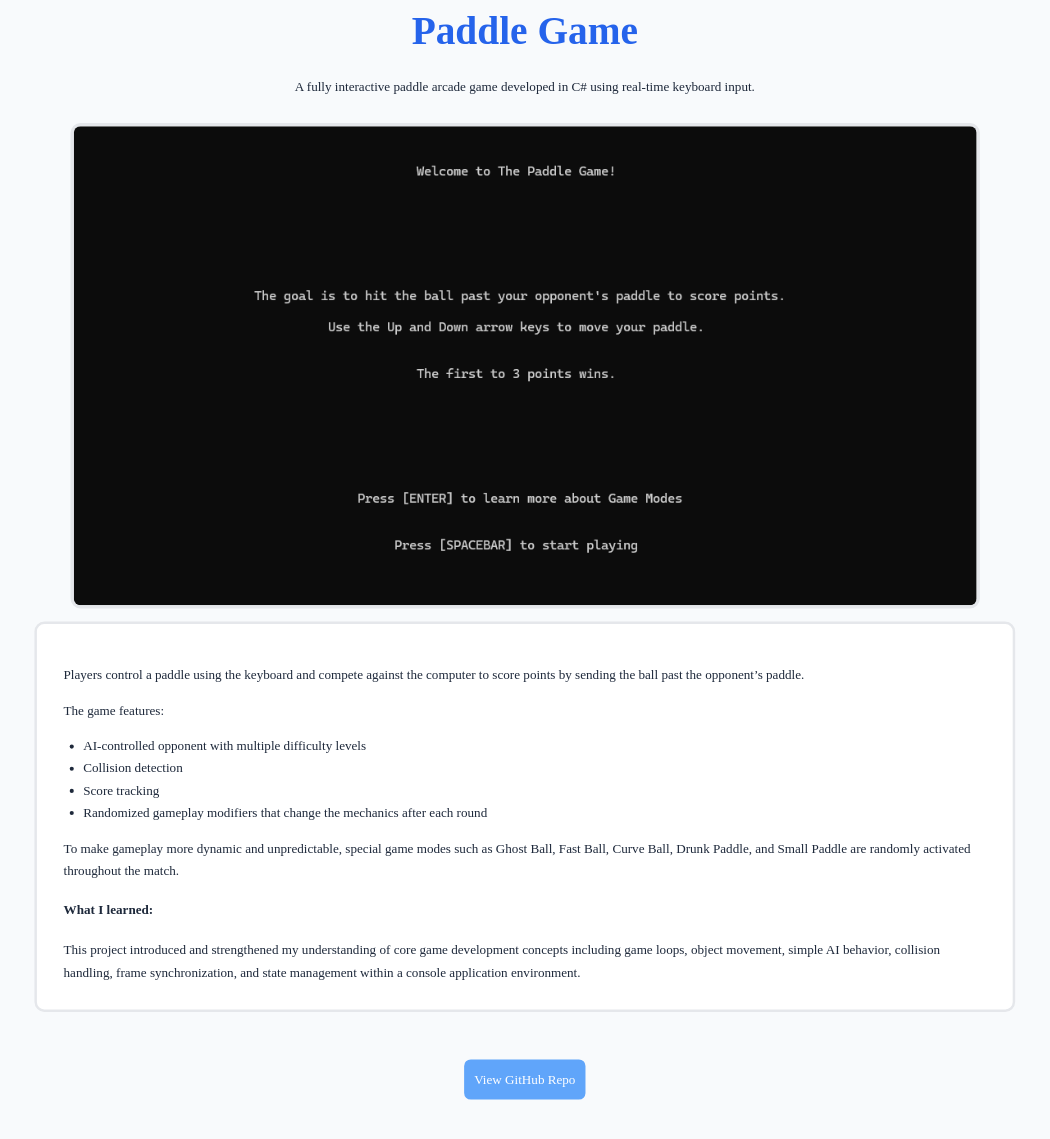
Repository: alison-cunningham/alison-cunningham
Page: pages/paddle-game.html
These files come from the project's save history. The page is drawn as it stood at one moment and after the next save; the edit follows.
The browser window is 1280 px wide. The pictures show the whole page, at 82% of full size.
Some web fonts or font styles are not loaded; a fallback is used.

Above is the page before, as saved 2026-05-12 19:43:59.

After the next save:
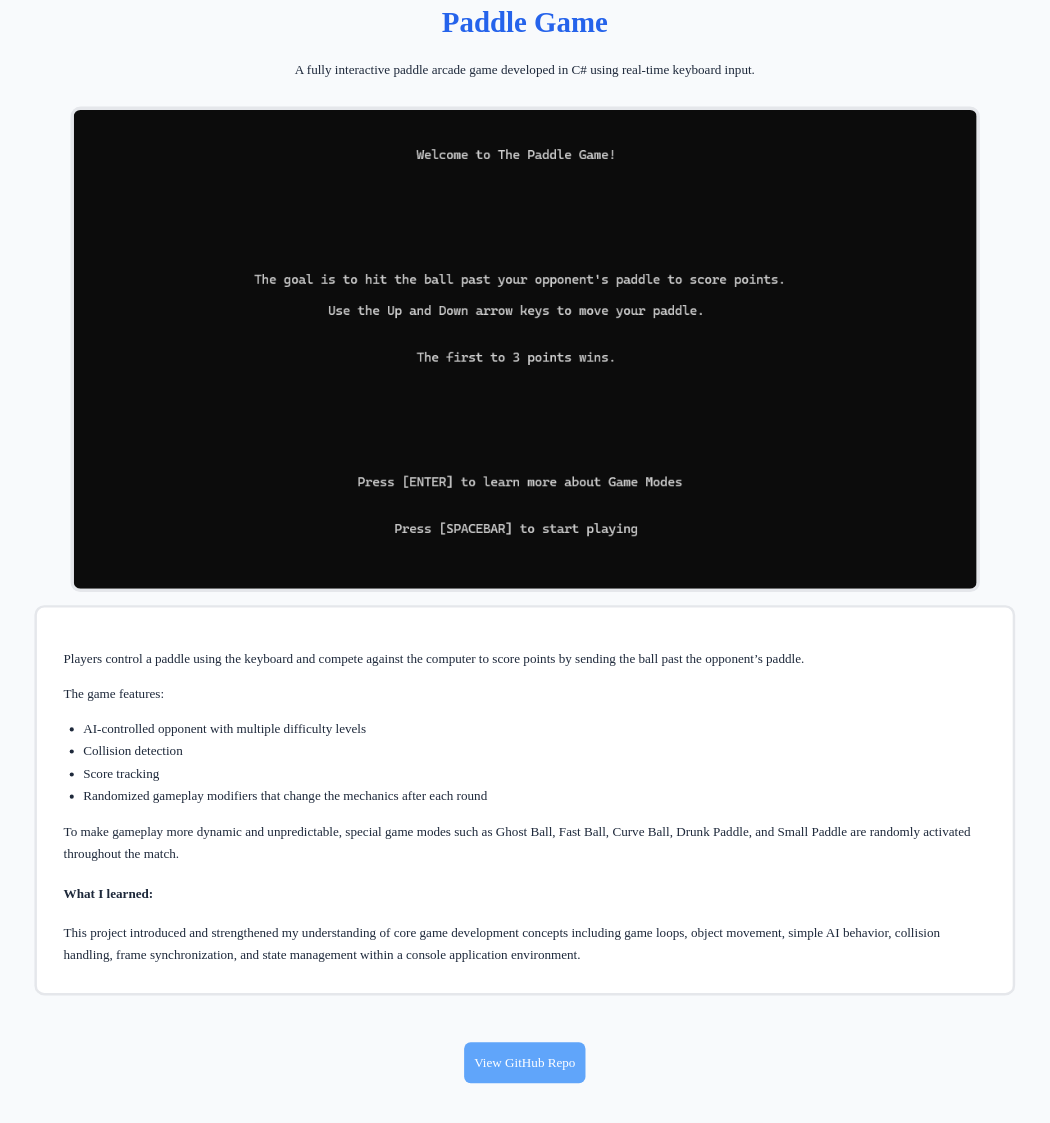
Saved 3 min 45 s later.
--- a/styles/pages.css
+++ b/styles/pages.css
@@ -40,6 +40,8 @@ body{
 
 .project-header h1{
     margin-bottom: 0;
+
+    font-size: 2.2rem;
 
     color: #2563eb;
 }
